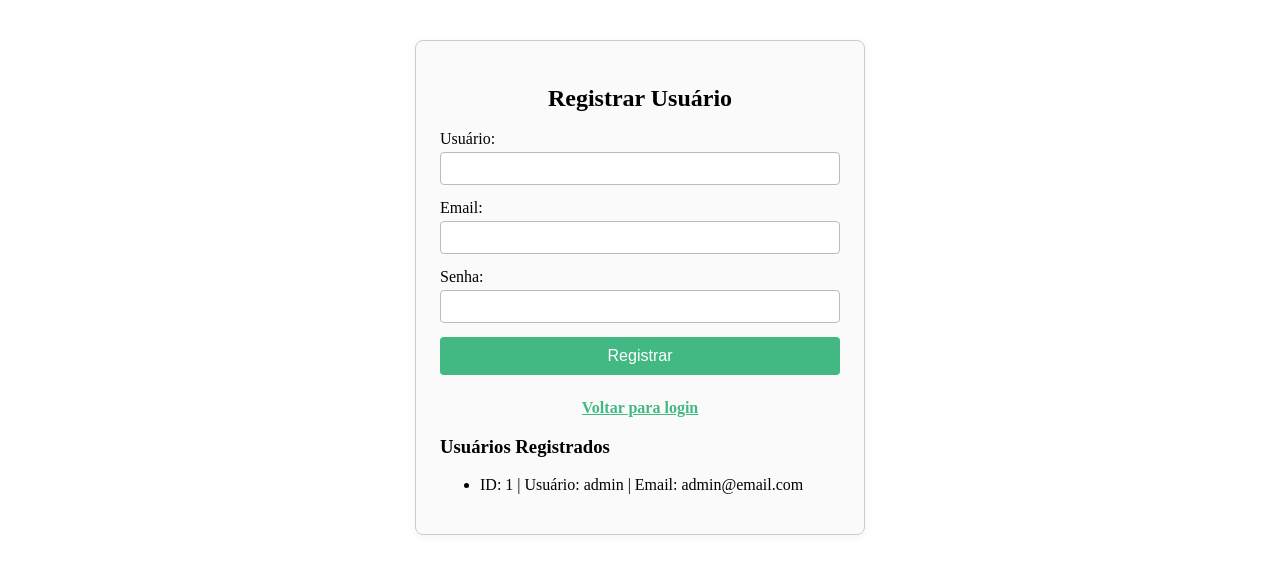
Repository: MuriloColleti/Project-vue
Page: /register
These files come from the project's save history. The page is drawn as it stood at one moment and after the next save; the edit follows.
The browser window is 1280 px wide. The pictures show the whole page.
The project was rebuilt for these pictures with package versions that can differ from the ones it lists, and the page was loaded fresh each time. Also part of the build but not shown: vite.config.js, src/pages/Login.vue.

Above is the page before, as saved 2025-09-20 17:05:56.

After the next save:
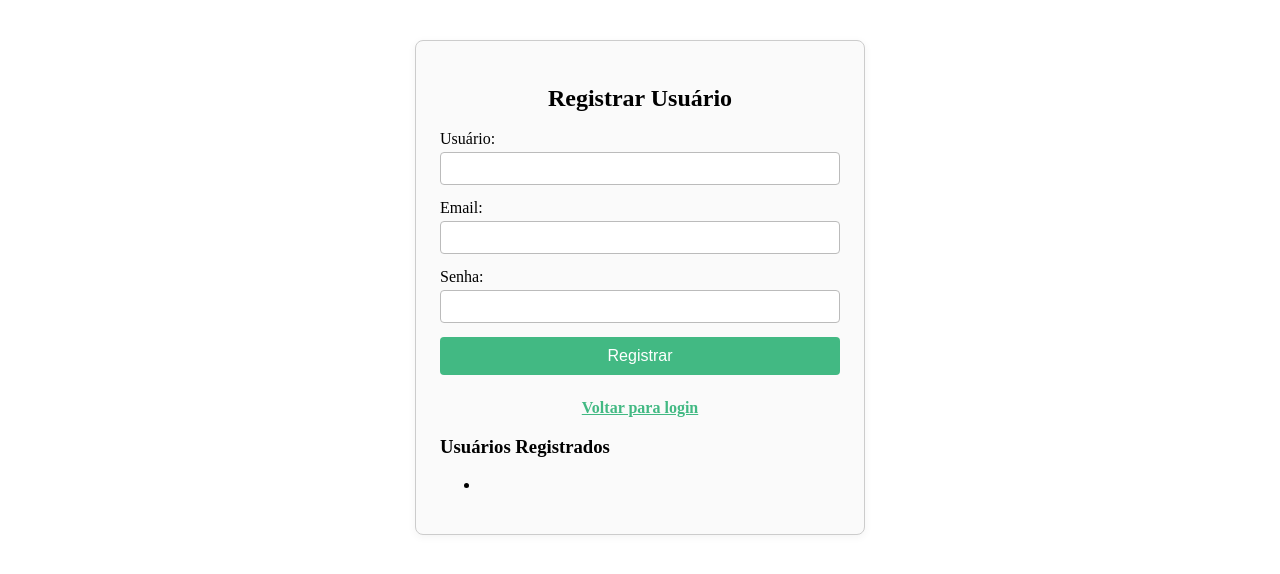
Saved 7 s later.
--- a/src/pages/Register.vue
+++ b/src/pages/Register.vue
@@ -22,7 +22,7 @@
     <h3>Usuários Registrados</h3>
     <ul>
       <li v-for="user in users" :key="user.id">
-        ID: {{ user.id }} | Usuário: {{ user.username }} | Email: {{ user.email }}
+
       </li>
     </ul>
   </div>
